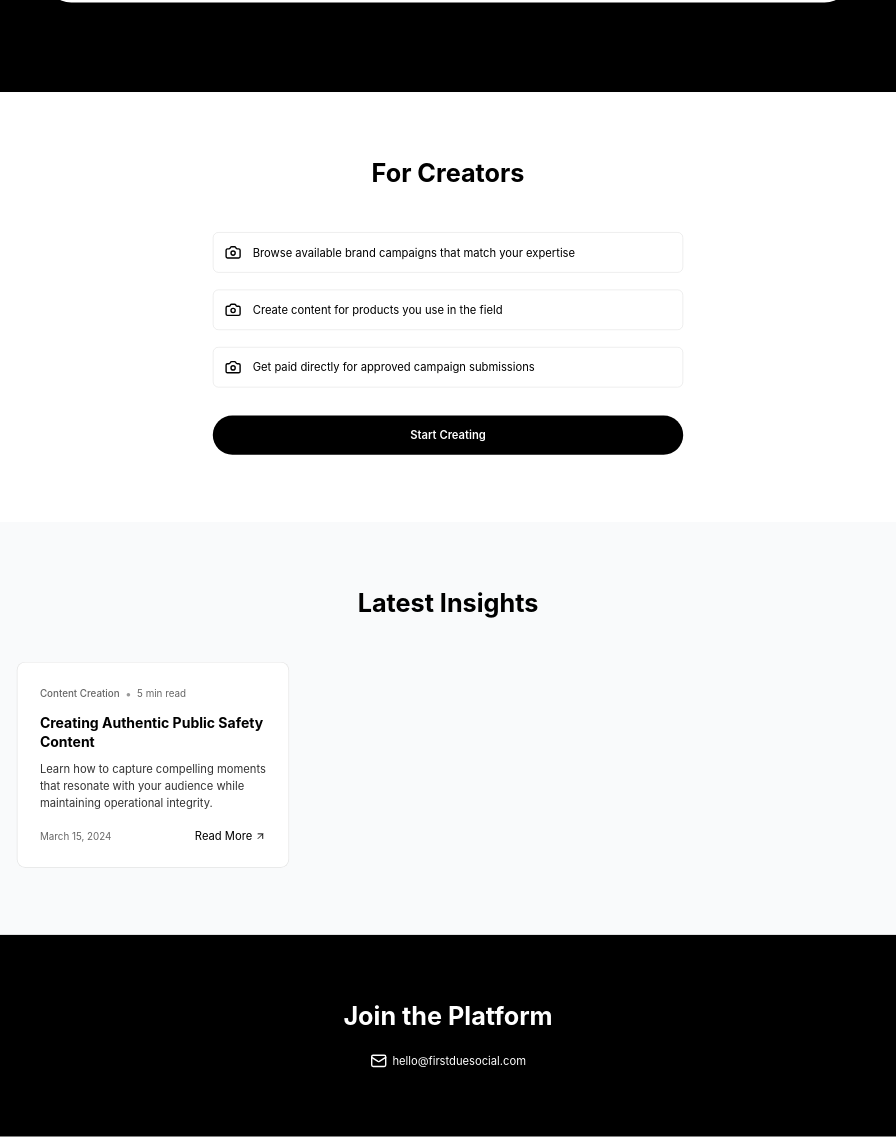
Repository: justmatt20/first-due-social
Page: /
An editor plug-in stored every save of this project. The page is shown before and after the next save, followed by the edit.
The browser window is 1280 px wide. The pictures show the part of the page from y = 2341 to 4261 px (the page is 3965 px tall before and 4261 px after), at 70% of full size.
The project was rebuilt for these pictures with package versions that can differ from the ones it lists, and the page was loaded fresh each time. Also part of the build but not shown: src/pages/Blog.jsx.

Above is the page before, as saved 2025-01-20 11:07:49.

After the next save:
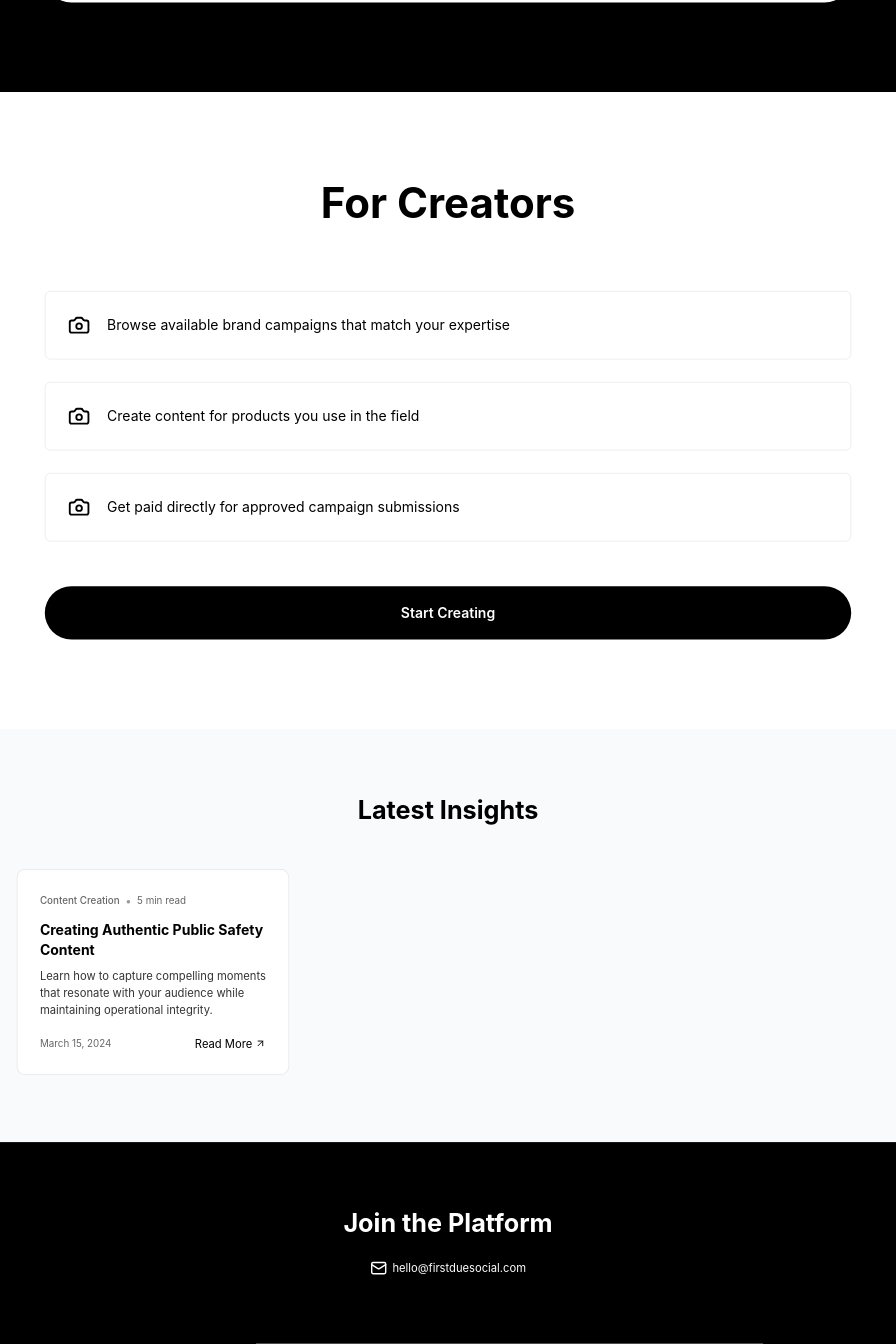
Saved 2 min 13 s later.
--- a/src/components/home/CreatorsSection.jsx
+++ b/src/components/home/CreatorsSection.jsx
@@ -1,3 +1,4 @@
+// src/components/home/CreatorsSection.jsx
 import React from "react";
 import { Camera } from "lucide-react";
 
@@ -9,26 +10,26 @@ export const CreatorsSection = () => {
   ];
 
   return (
-    <section id="creators" className="py-24 bg-white">
-      <div className="container mx-auto px-6">
-        <h2 className="text-4xl font-bold text-center mb-16 text-black">
+    <section id="creators" className="py-24 lg:py-32 bg-white">
+      <div className="max-w-[90%] xl:max-w-[1400px] mx-auto px-4 sm:px-6 lg:px-8">
+        <h2 className="text-4xl lg:text-6xl font-bold text-center mb-16 lg:mb-24 text-black">
           For Creators
         </h2>
-        <div className="max-w-2xl mx-auto">
-          <div className="space-y-6 mb-10">
+        <div className="max-w-4xl mx-auto lg:max-w-6xl">
+          <div className="space-y-6 lg:space-y-8 mb-10 lg:mb-16">
             {benefits.map((item, index) => (
               <div
                 key={index}
-                className="flex items-center gap-4 p-4 rounded-lg transition-all duration-200 hover:shadow-md border border-black/10"
+                className="flex items-center gap-4 lg:gap-6 p-4 lg:p-8 rounded-lg transition-all duration-200 hover:shadow-md border border-black/10 lg:text-xl"
               >
-                <Camera className="text-black" />
-                <span className="text-black">{item}</span>
+                <Camera className="w-6 h-6 lg:w-8 lg:h-8 text-black flex-shrink-0" />
+                <span className="flex-1 text-black">{item}</span>
               </div>
             ))}
           </div>
           <a
             href="#contact"
-            className="block w-full py-4 rounded-full font-semibold text-white text-center bg-black hover:opacity-90 transition-all duration-200"
+            className="block w-full py-4 lg:py-6 rounded-full font-semibold text-white text-center bg-black hover:opacity-90 transition-all duration-200 text-lg lg:text-xl"
           >
             Start Creating
           </a>
